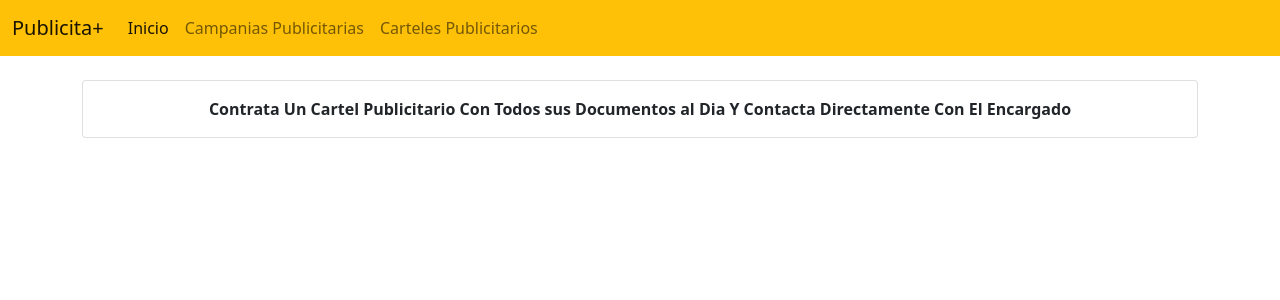
Repository: programador23/PublicitaMasWebVersionFinal
Page: http://localhost/carteles/listacarteles
An editor plug-in stored every save of this project. The page is shown before and after the next save, followed by the edit.
The browser window is 1280 px wide. The pictures show the whole page.
The page is this project's Thymeleaf template; nobody is signed in. The template is opened directly, without the code that normally fills it, so the values that code supplies are empty.

Above is the page before, as saved 2021-07-06 01:13:34.

After the next save:
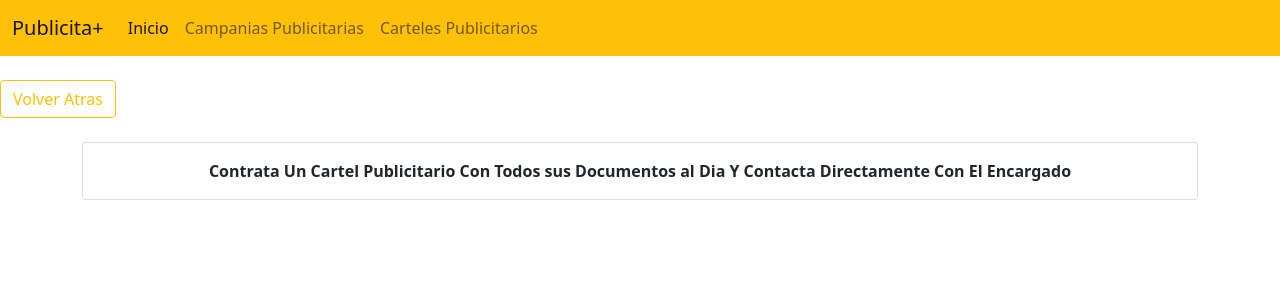
Saved 32 s later.
--- a/PublicitaMasWeb-master/src/main/resources/templates/carteles/listacarteles.html
+++ b/PublicitaMasWeb-master/src/main/resources/templates/carteles/listacarteles.html
@@ -29,6 +29,12 @@
 		</div>
 	</nav>
 </header>
+
+<br>
+<div class="btn-group" role="group" aria-label="Basic outlined example">
+<a href="javascript:history.back()" class="btn btn-outline-warning" aria-current="page">Volver Atras</a>
+</div>
+<br>
 
 <body>
 
